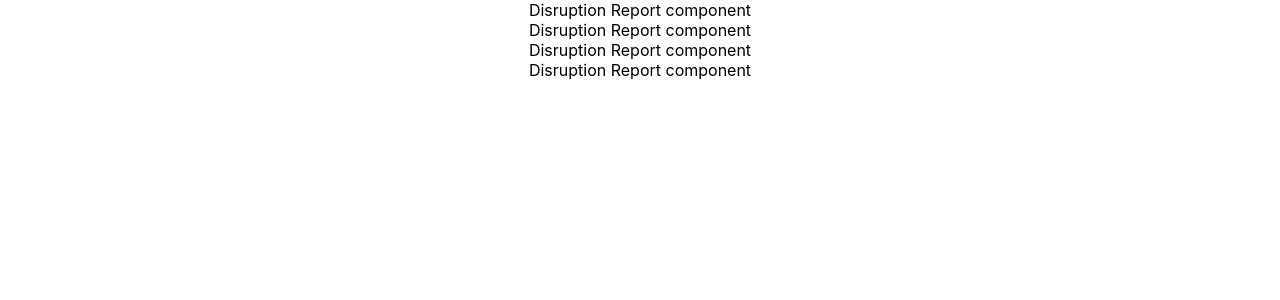
Repository: deepakkaithwas/AirBus
Page: /
An editor plug-in stored every save of this project. The page is shown before and after the next save, followed by the edit.
The browser window is 1280 px wide. The pictures show the whole page.
The project was rebuilt for these pictures with package versions that can differ from the ones it lists, and the page was loaded fresh each time.

Above is the page before, as saved 2019-12-13 18:29:34.

After the next save:
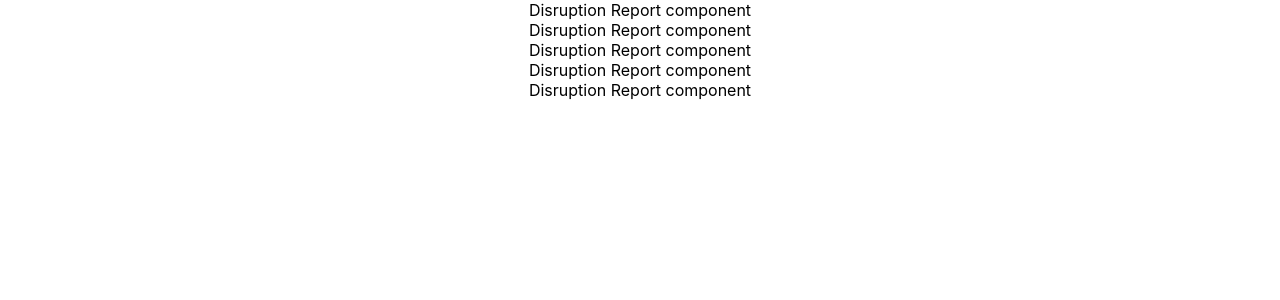
Saved 7 s later.
--- a/src/pages/ExecutiveSummary/index.js
+++ b/src/pages/ExecutiveSummary/index.js
@@ -12,6 +12,7 @@ const ExecutiveSummary = () => {
       <EventOccurence />
       <MaintenanceBudget />
       <MaintenanceCost />
+      <FlightCancellations />
     </React.Fragment>
   );
 };
